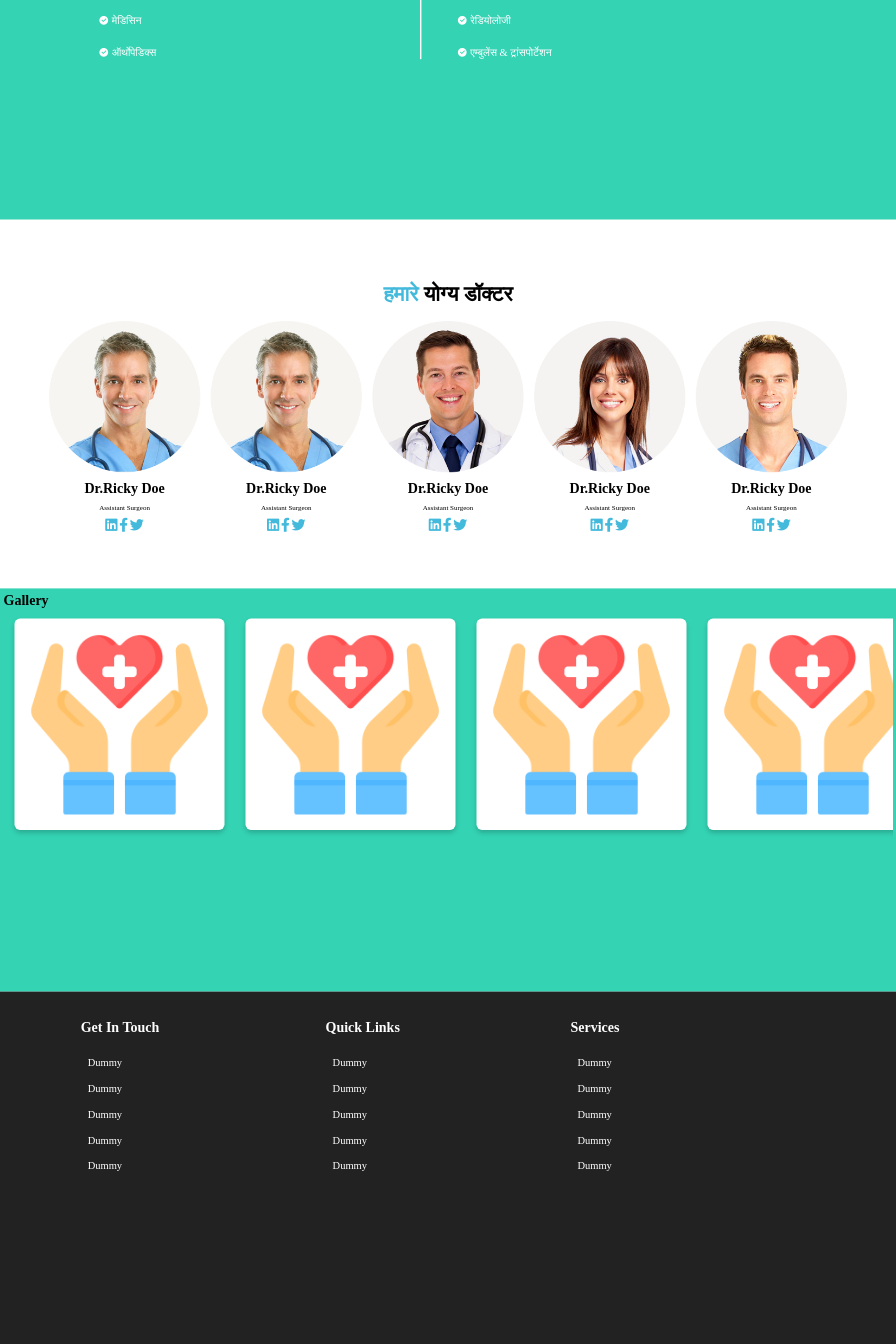
Repository: Aayush919/test
Page: index.html
An editor plug-in stored every save of this project. The page is shown before and after the next save, followed by the edit.
The browser window is 1280 px wide. The pictures show the part of the page from y = 2682 to 4602 px (the page is 4602 px tall), at 70% of full size.
Some web libraries are served in a nearby version.

Above is the page before, as saved 2023-10-15 13:02:05.
Console error: TypeError: Cannot read properties of null (reading 'addEventListener')

After the next save:
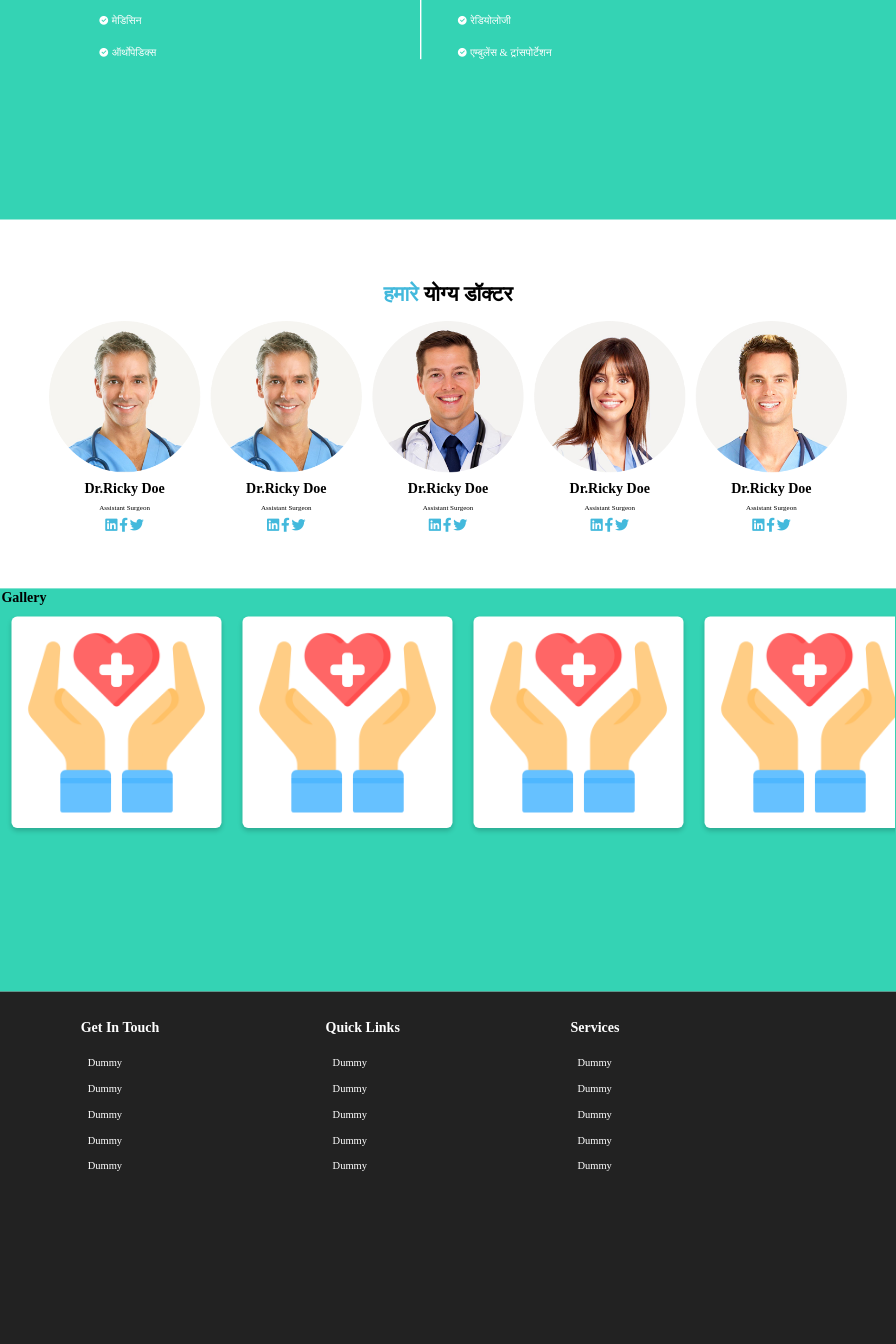
Saved 7 s later.
--- a/style.css
+++ b/style.css
@@ -506,7 +506,7 @@
   .gallery{
     min-height: 80vh;
     background-color:#34d3b4;
-    padding: .5rem;
+    padding: .2rem;
 
   }
 

After the 2 saves that followed:
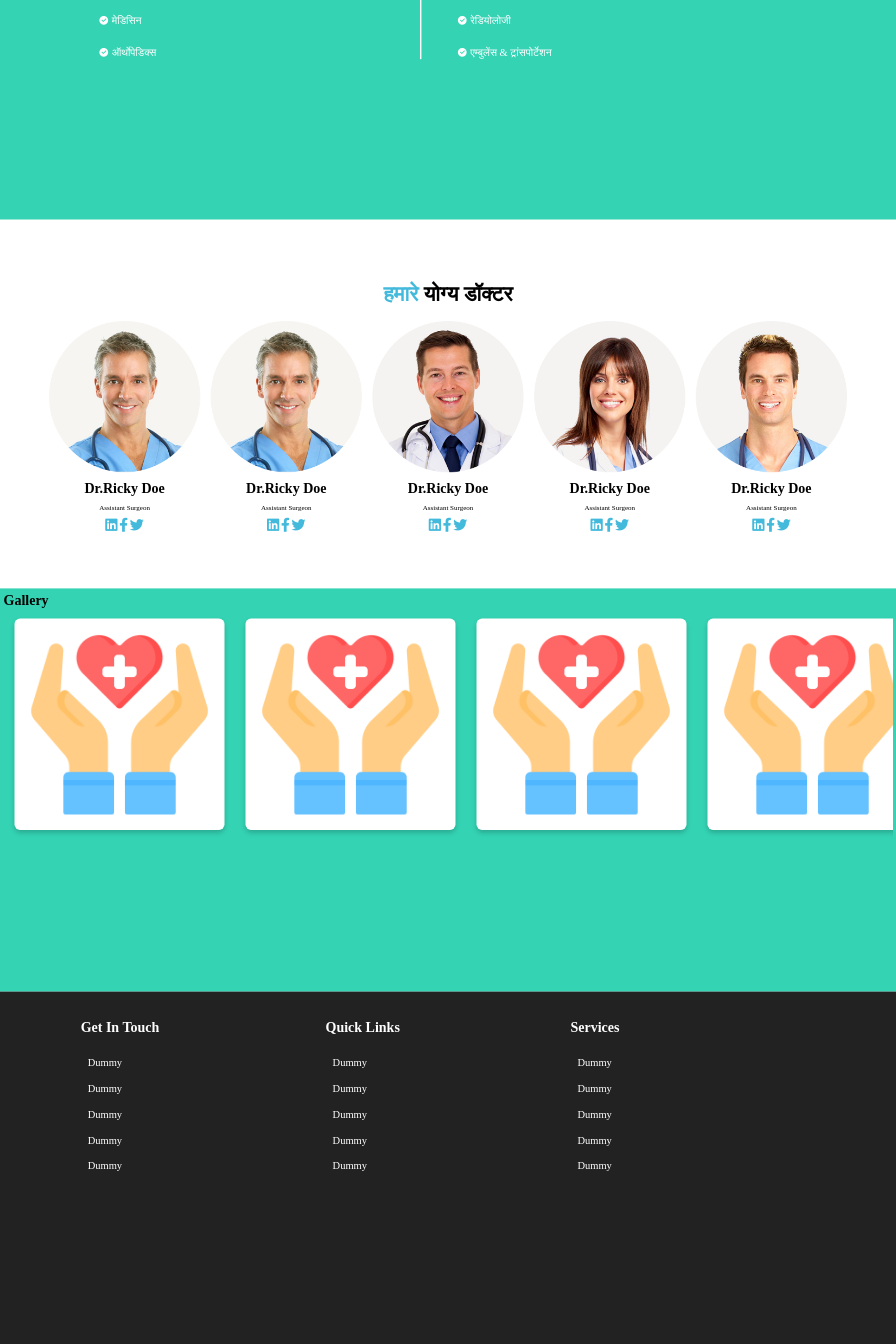
The 2 saves are shown as one change because they came seconds apart.
The last was saved 14 s later.
--- a/style.css
+++ b/style.css
@@ -506,7 +506,7 @@
   .gallery{
     min-height: 80vh;
     background-color:#34d3b4;
-    padding: .2rem;
+    padding: .5rem;
 
   }
 
